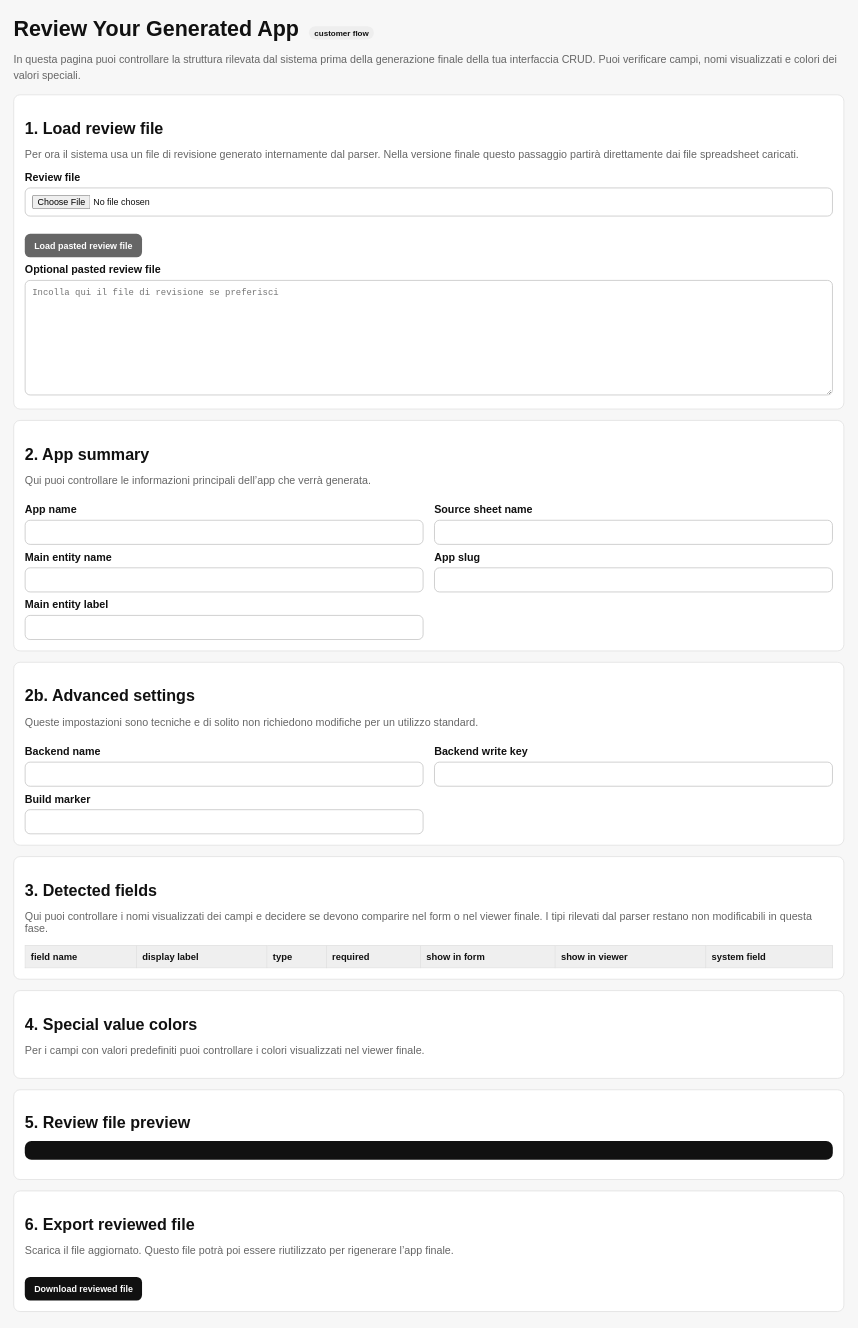
Repository: progettazionemauro/sheets.builder
Page: docs/review.html
The author's editor kept a copy of each file at every save. The page is drawn from the files as they stood at one save, then again after the next save.
The browser window is 1280 px wide. The pictures show the whole page, at 67% of full size.

Above is the page before, as saved 2026-04-14 23:09:27.

After the next save:
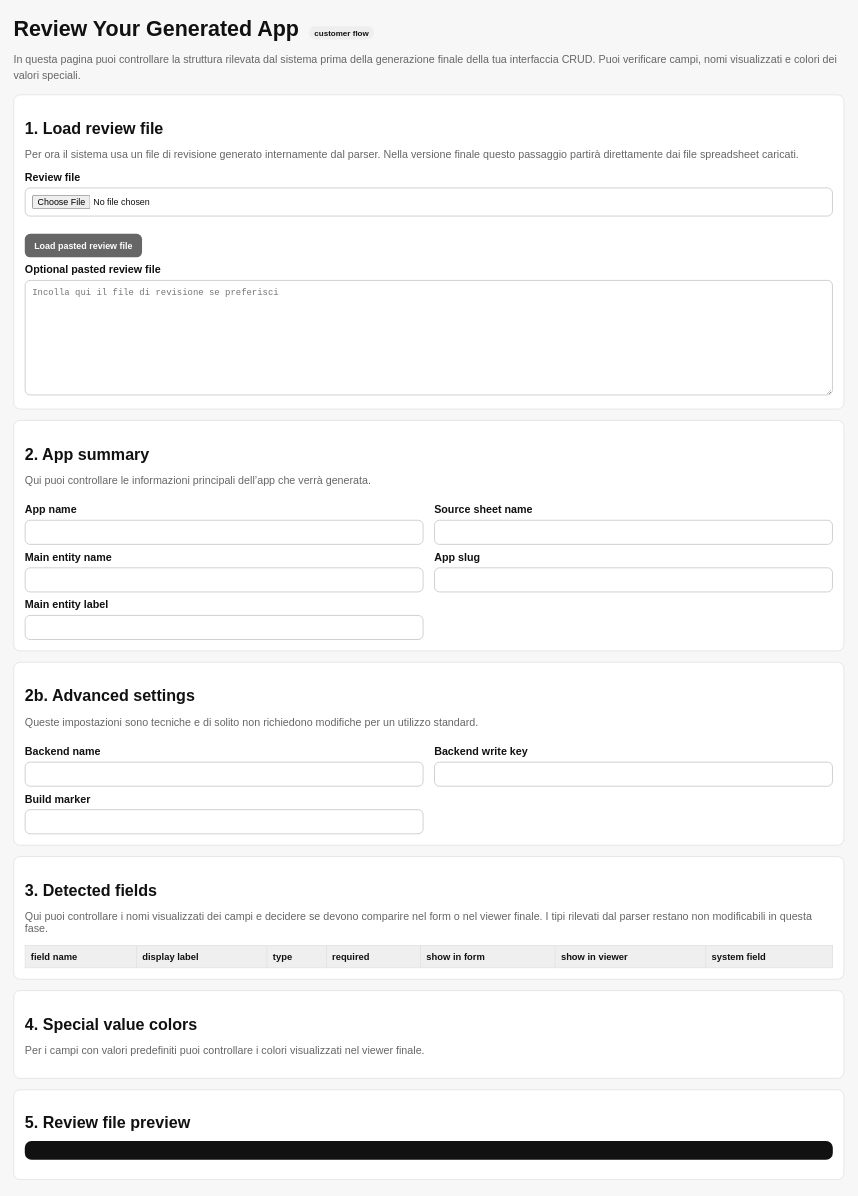
Console error: TypeError: Cannot read properties of null (reading 'addEventListener')
Saved 22 s later.
--- a/docs/review.html
+++ b/docs/review.html
@@ -250,17 +250,7 @@
     <pre id="stateOut"></pre>
   </div>
 
-  <div class="card">
-    <h2>6. Export reviewed file</h2>
-    <p class="muted">
-      Scarica il file aggiornato. Questo file potrà poi essere riutilizzato per rigenerare l’app finale.
-    </p>
-
-    <div class="actions">
-      <button id="downloadBtn" type="button">Download reviewed file</button>
-      <span id="downloadStatus" class="muted"></span>
-    </div>
-  </div>
+
 
 <script>
   let builderState = null;

After the save that followed:
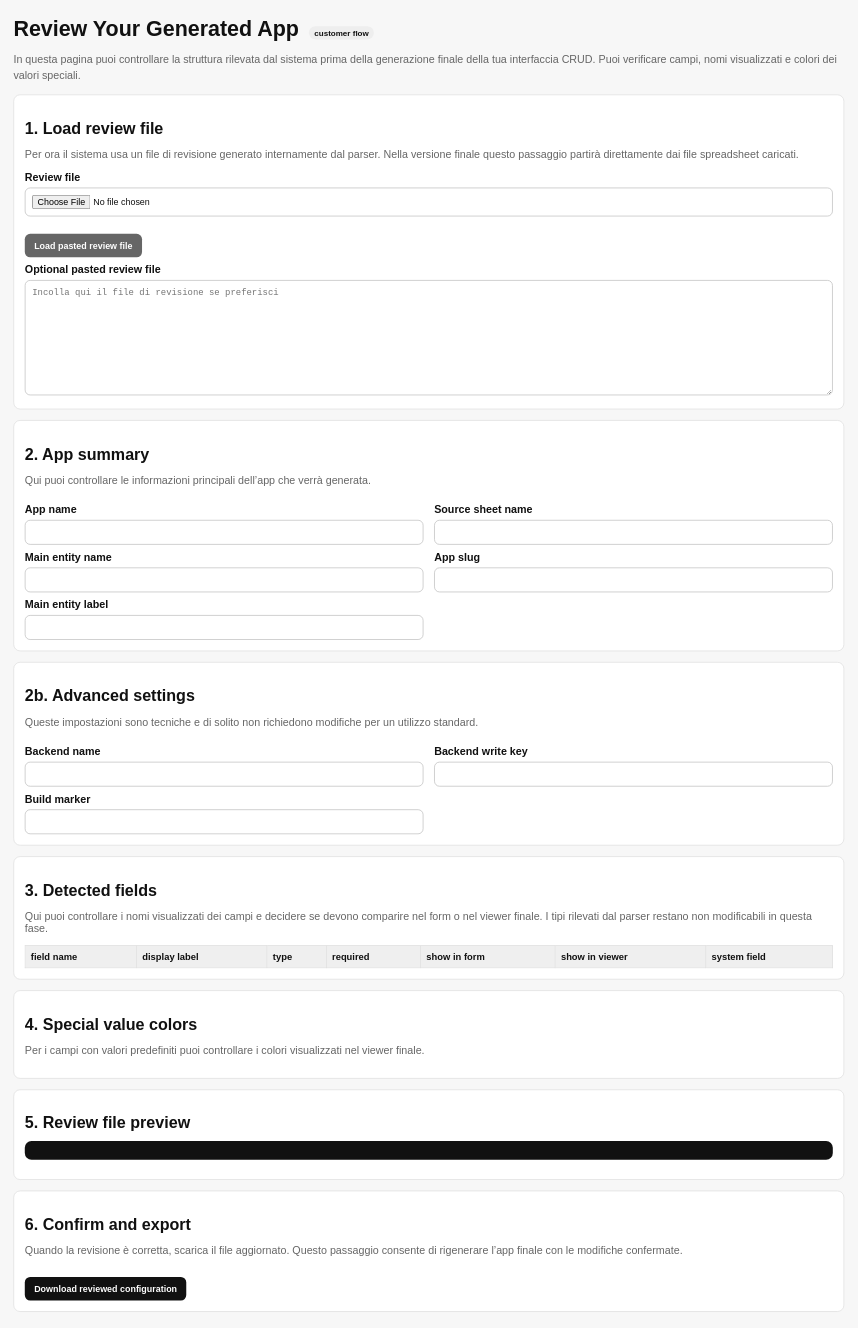
The error is gone.
Saved 9 s later.
--- a/docs/review.html
+++ b/docs/review.html
@@ -250,7 +250,18 @@
     <pre id="stateOut"></pre>
   </div>
 
-
+    <div class="card">
+    <h2>6. Confirm and export</h2>
+    <p class="muted">
+      Quando la revisione è corretta, scarica il file aggiornato. Questo passaggio consente di rigenerare
+      l’app finale con le modifiche confermate.
+    </p>
+
+    <div class="actions">
+      <button id="downloadBtn" type="button">Download reviewed configuration</button>
+      <span id="downloadStatus" class="muted"></span>
+    </div>
+  </div>
 
 <script>
   let builderState = null;
